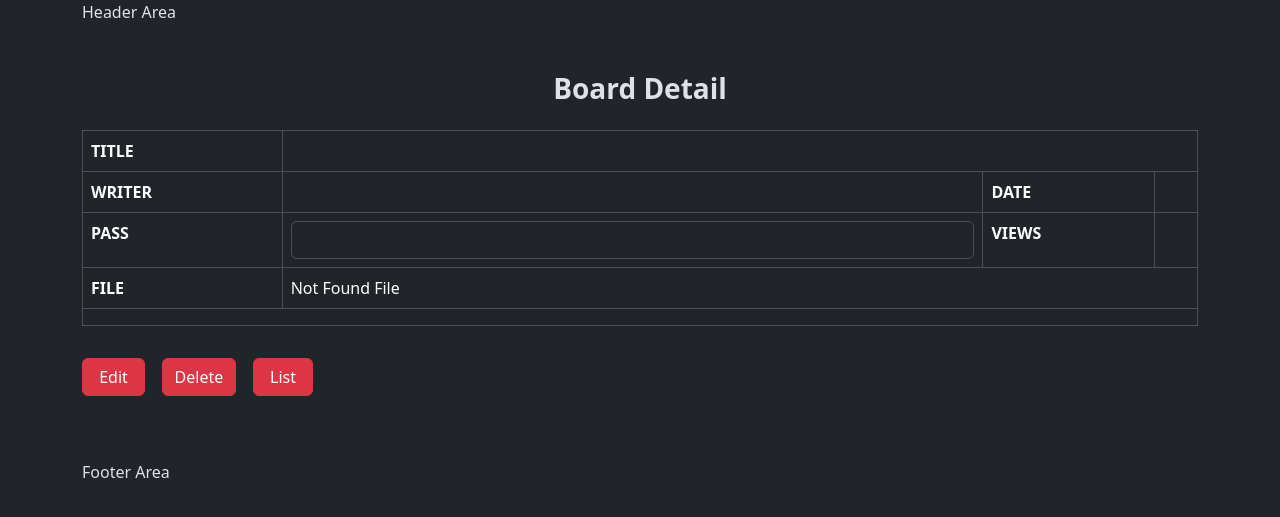
Repository: ddochiisrich/Ddochi-Web
Page: http://localhost/JSPClassCh06/WEB-INF/board/boardDetail.jsp
These files come from the project's save history. The page is drawn as it stood at one moment and after the next save; the edit follows.
The browser window is 1280 px wide. The pictures show the whole page.
The page is served by Tomcat 9. Nobody is signed in. The template is opened directly, without the code that normally fills it, so the values that code supplies are empty.

Above is the page before, as saved 2024-04-11 02:43:28.

After the next save:
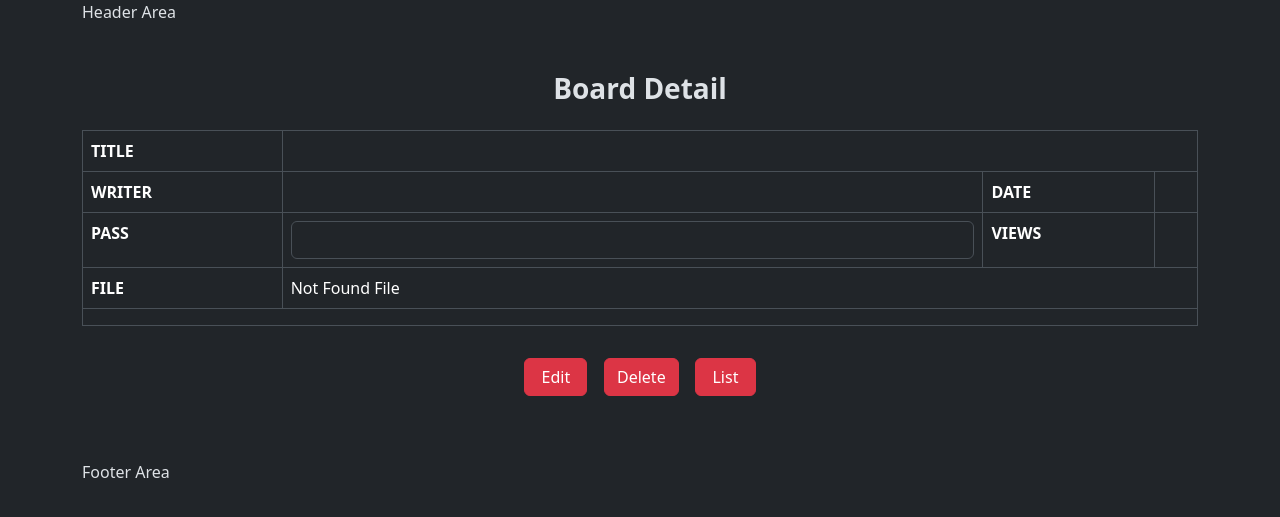
Saved 7 s later.
--- a/JSPClassCh06/src/main/webapp/WEB-INF/board/boardDetail.jsp
+++ b/JSPClassCh06/src/main/webapp/WEB-INF/board/boardDetail.jsp
@@ -67,7 +67,7 @@
 					</div>
 				</div>
 				<div class="row my-3">
-					<div class="col">
+					<div class="col text-center">
 						<input type="button" class="btn btn-danger" id="detailUpdate" value=" Edit ">
 						&nbsp;&nbsp;
 						<input type="button" class="btn btn-danger" id="detailDelete" value="Delete">
